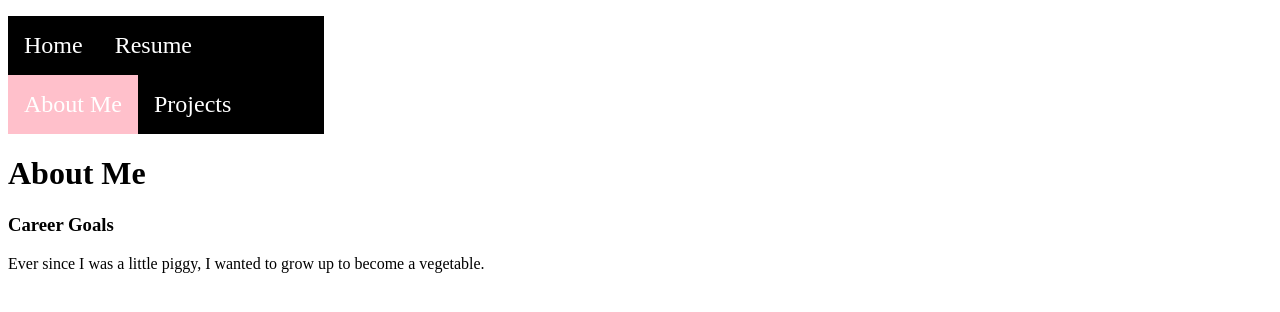
Repository: Peng-uin/Peng-uin.github.io
Page: aboutme.html
The author's editor kept a record of every edit. The page is drawn from the files as they stood at one moment, then again after the next edit.
The browser window is 1280 px wide. The pictures show the whole page.

Above is the page before.

### aboutme.html
<!DOCTYPE html>
<html>
    <head>
        <title>Page Title</title>
        <link rel="stylesheet" type="text/css" href="style.css">
    </head>
    <body>

        <ul class="navbar">
            <li><a href="index.html">Home</a></li>
            <li><a href="resume.html">Resume</a></li>
            <li class="active"><a href="aboutme.html">About Me</a></li>
            <li class="dropdown">
                <div>Projects</div>
                <ul class="dropdown-content">
                    <li><a href="project1.html">Project1</a></li>
                     <li><a href="project2.html">Project2</a></li>
                      <li><a href="project3.html">Project3</a></li>
                </ul>

            </li>
        </ul>
        <h1>About Me</h1>
        <font-size=12px;>
        <h3>Career Goals</h3>
        <p> Ever since I was a little piggy, I wanted to grow up to become a vegetable.</p>
    </body>
</html>

### style.css
.navbar{
                list-style: none;
                background-color: black;
                overflow: hidden;
                padding: 0;
                width: 25%;
            }
            .navbar a, .dropdown div{
                text-decoration: none;
                color: white;
                font-size:24px;
                padding: 16px;
                display: inline-block;
            }
            .navbar li{
                float: left;
            }
            .navbar li:hover{
                background-color: pink;
            }
            .dropdown-content{
                list-style: none;
                padding: 0;
                display: none;
                position: absolute;
                z-index: 1;
                background-color: black;
            }
            .dropdown-content li{
                float:none;
            }
            .dropdown:hover .dropdown-content{
                display: block;

            }
            .active{
                background-color: pink;
            }

After the next edit:
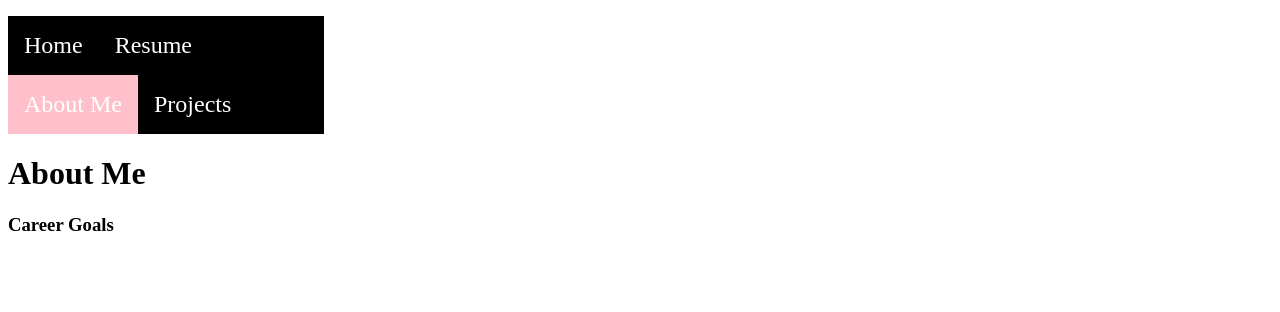
The edit:
--- a/aboutme.html
+++ b/aboutme.html
@@ -23,6 +23,6 @@
         <h1>About Me</h1>
         <font-size=12px;>
         <h3>Career Goals</h3>
-        <p> Ever since I was a little piggy, I wanted to grow up to become a vegetable.</p>
+        <p> </p>
     </body>
 </html>
